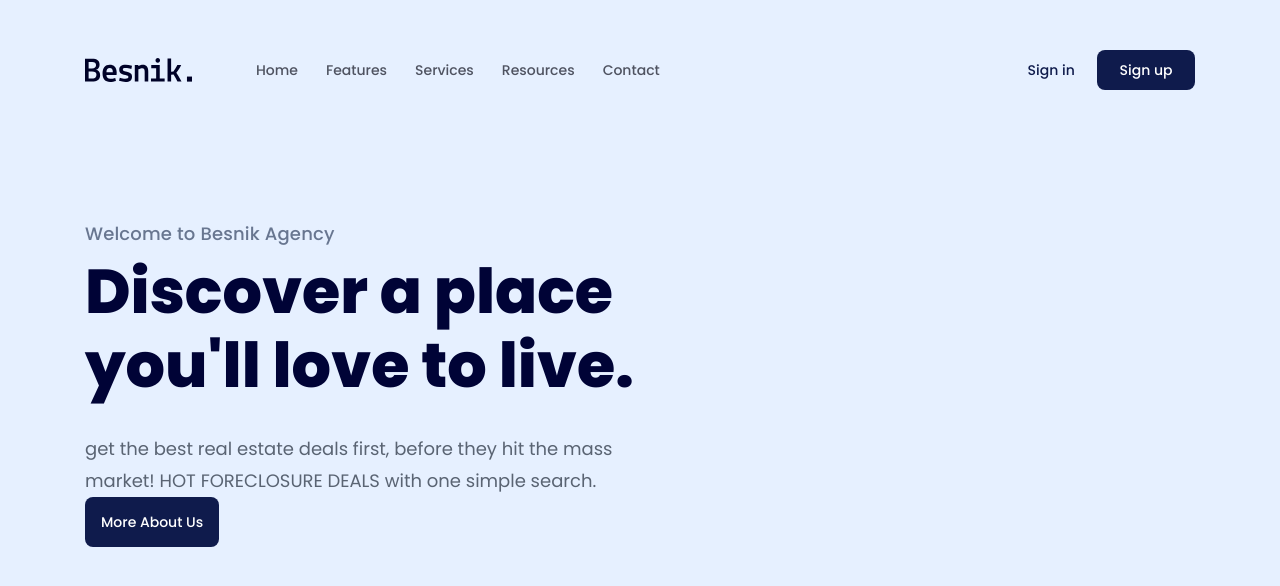
Repository: trungnguyen131/froject-01
Page: index.html
An editor plug-in stored every save of this project. The page is shown before and after the next save, followed by the edit.
The browser window is 1280 px wide. The pictures show the whole page.

Above is the page before, as saved 2024-02-25 23:50:05.

### index.html
<!DOCTYPE html>
<html lang="en">
<head>
    <meta charset="UTF-8">
    <meta name="viewport" content="width=device-width, initial-scale=1.0">
    <title>Project 01</title>
    <link rel="stylesheet" href="./assets/css/reset.css">
    <link rel="stylesheet" href="./assets/fonts/stylesheet.css">
    <link rel="stylesheet" href="./assets/css/style.css">
</head>
<body>
    <main>
        <!-- Header -->
        <header class="header">
            <div class="content">
                <nav class="navbar">
                    <!-- Logo -->
                    <img src="./assets/img/logo.svg" alt="Besnik.">
                    <!-- Navigation -->
                    <ul>
                        <li><a href="#!">Home</a></li>
                        <li><a href="#!">Features</a></li>
                        <li><a href="#!">Services</a></li>
                        <li><a href="#!">Resources</a></li>
                        <li><a href="#!">Contact</a></li>
                    </ul>
                    <!-- Action -->
                    <div class="actions">
                        <a href="#!" class="action-link">Sign in</a>
                        <a href="#!" class="btn action-btn">Sign up</a>
                    </div>
                </nav>
                <div class="hero">
                    <div class="info">
                        <p class="sub-title">Welcome to Besnik Agency</p>
                        <h1 class="title">Discover a place
                            you'll love to live.</h1>
                        <p class="desc">get the best real estate deals first,
                            before they hit the mass market! HOT FORECLOSURE DEALS with one simple search.</p>
                        <a href="#!" class="btn hero-cta">More About Us</a>
                    </div>
                </div>
            </div>
        </header>
    </main>
</body>
</html>

### assets/fonts/stylesheet.css
/* ========================= Poppins =========================  */
@font-face {
    font-family: 'Poppins';
    src: url('Poppins/Poppins-SemiBold.woff2') format('woff2'),
        url('Poppins/Poppins-SemiBold.woff') format('woff');
    font-weight: 600;
    font-style: normal;
    font-display: swap;
}

@font-face {
    font-family: 'Poppins';
    src: url('Poppins/Poppins-Regular.woff2') format('woff2'),
        url('Poppins/Poppins-Regular.woff') format('woff');
    font-weight: normal;
    font-style: normal;
    font-display: swap;
}

@font-face {
    font-family: 'Poppins';
    src: url('Poppins/Poppins-MediumItalic.woff2') format('woff2'),
        url('Poppins/Poppins-MediumItalic.woff') format('woff');
    font-weight: 500;
    font-style: italic;
    font-display: swap;
}

@font-face {
    font-family: 'Poppins';
    src: url('Poppins/Poppins-Thin.woff2') format('woff2'),
        url('Poppins/Poppins-Thin.woff') format('woff');
    font-weight: 100;
    font-style: normal;
    font-display: swap;
}

@font-face {
    font-family: 'Poppins';
    src: url('Poppins/Poppins-ThinItalic.woff2') format('woff2'),
        url('Poppins/Poppins-ThinItalic.woff') format('woff');
    font-weight: 100;
    font-style: italic;
    font-display: swap;
}

@font-face {
    font-family: 'Poppins';
    src: url('Poppins/Poppins-Black.woff2') format('woff2'),
        url('Poppins/Poppins-Black.woff') format('woff');
    font-weight: 900;
    font-style: normal;
    font-display: swap;
}

@font-face {
    font-family: 'Poppins';
    src: url('Poppins/Poppins-Bold.woff2') format('woff2'),
        url('Poppins/Poppins-Bold.woff') format('woff');
    font-weight: bold;
    font-style: normal;
    font-display: swap;
}

@font-face {
    font-family: 'Poppins';
    src: url('Poppins/Poppins-SemiBoldItalic.woff2') format('woff2'),
        url('Poppins/Poppins-SemiBoldItalic.woff') format('woff');
    font-weight: 600;
    font-style: italic;
    font-display: swap;
}

@font-face {
    font-family: 'Poppins';
    src: url('Poppins/Poppins-BlackItalic.woff2') format('woff2'),
        url('Poppins/Poppins-BlackItalic.woff') format('woff');
    font-weight: 900;
    font-style: italic;
    font-display: swap;
}

@font-face {
    font-family: 'Poppins';
    src: url('Poppins/Poppins-ExtraBoldItalic.woff2') format('woff2'),
        url('Poppins/Poppins-ExtraBoldItalic.woff') format('woff');
    font-weight: bold;
    font-style: italic;
    font-display: swap;
}

@font-face {
    font-family: 'Poppins';
    src: url('Poppins/Poppins-ExtraBold.woff2') format('woff2'),
        url('Poppins/Poppins-ExtraBold.woff') format('woff');
    font-weight: bold;
    font-style: normal;
    font-display: swap;
}

@font-face {
    font-family: 'Poppins';
    src: url('Poppins/Poppins-ExtraLightItalic.woff2') format('woff2'),
        url('Poppins/Poppins-ExtraLightItalic.woff') format('woff');
    font-weight: 200;
    font-style: italic;
    font-display: swap;
}

@font-face {
    font-family: 'Poppins';
    src: url('Poppins/Poppins-ExtraLight.woff2') format('woff2'),
        url('Poppins/Poppins-ExtraLight.woff') format('woff');
    font-weight: 200;
    font-style: normal;
    font-display: swap;
}

@font-face {
    font-family: 'Poppins';
    src: url('Poppins/Poppins-BoldItalic.woff2') format('woff2'),
        url('Poppins/Poppins-BoldItalic.woff') format('woff');
    font-weight: bold;
    font-style: italic;
    font-display: swap;
}

@font-face {
    font-family: 'Poppins';
    src: url('Poppins/Poppins-Italic.woff2') format('woff2'),
        url('Poppins/Poppins-Italic.woff') format('woff');
    font-weight: normal;
    font-style: italic;
    font-display: swap;
}

@font-face {
    font-family: 'Poppins';
    src: url('Poppins/Poppins-Medium.woff2') format('woff2'),
        url('Poppins/Poppins-Medium.woff') format('woff');
    font-weight: 500;
    font-style: normal;
    font-display: swap;
}

@font-face {
    font-family: 'Poppins';
    src: url('Poppins/Poppins-LightItalic.woff2') format('woff2'),
        url('Poppins/Poppins-LightItalic.woff') format('woff');
    font-weight: 300;
    font-style: italic;
    font-display: swap;
}

@font-face {
    font-family: 'Poppins';
    src: url('Poppins/Poppins-Light.woff2') format('woff2'),
        url('Poppins/Poppins-Light.woff') format('woff');
    font-weight: 300;
    font-style: normal;
    font-display: swap;
}

### assets/css/style.css
* {
    box-sizing: border-box;
}

:root {
    --primary-color: #0f1b4c;
}

html {
    font-size: 62.5%;;
}

body {
    font-size: 1.6rem;
    font-family: 'Poppins', sans-serif;
}

/* Common */
a {
    text-decoration: none;
}
.content {
    width: 1110px;
    max-width: calc(100% - 48px);
    margin-left: auto;
    margin-right:auto;
}
.btn {
    min-width: 98px;
    background-color: var(--primary-color);
    border-radius: 8px;
    color: #FFF;
    text-align: center;
    font-size: 1.4rem;
    font-weight: 500;
    display: inline-block;
    padding: 18px 16px;
}
/* Header */
.header {
    height: 100vh;
    background: #E6F0FF;
}

.navbar {
    display: flex;
    align-items: center;
    padding-top: 50px;
}

.navbar ul {
    display: flex;
    margin-left: 50px;
}

.navbar .actions {
    margin-left: auto;
}

.navbar ul a {
    font-size: 1.4rem;
    font-weight: 500;
    color: #4F5361;
    padding: 8px 14px;
}

.navbar .action-link {
    font-size: 1.4rem;
    font-weight: 500;
    color: var(--primary-color);
}

.navbar .action-btn {
    padding: 13px 16px;
    margin-left: 18px;
}

.hero {
    margin-top: 130px;
}

.hero .info {
    width: 51%;
}

.hero .sub-title {
    font-weight: 500;
    font-size: 1.8rem;
    line-height: 1.5;
    letter-spacing: 0.01em;
    color: #687690;
}

.hero .title {
    margin-top: 8px;
    font-weight: 700;
    font-size: 6.2rem;
    line-height: 1.19; /* 118.75% */
    color: #000336;
}

.hero .desc {
    margin-top: 30px;
    color: #5A6473;
    font-size: 1.8rem;
    font-weight: 400;
    line-height: 1.78;
}

.hero-cta {
    min
}

Loaded but not shown: assets/css/reset.css (common file)

After the next save:
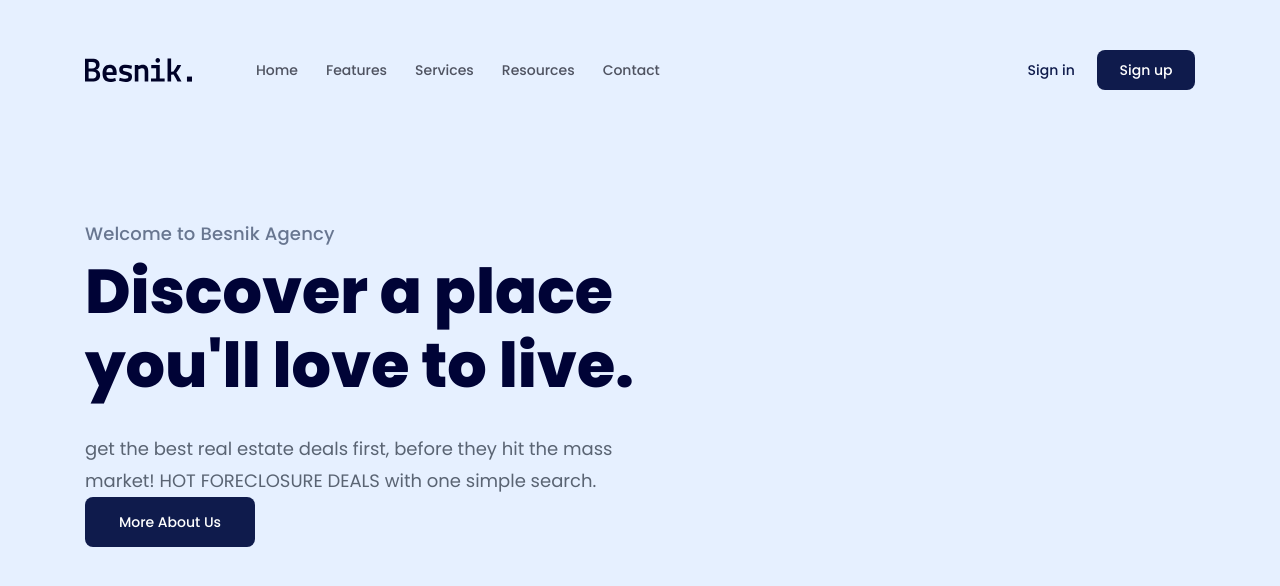
Saved 4 s later.
--- a/assets/css/style.css
+++ b/assets/css/style.css
@@ -108,5 +108,5 @@ a {
 }
 
 .hero-cta {
-    min
+    min-width: 170px;
 }
